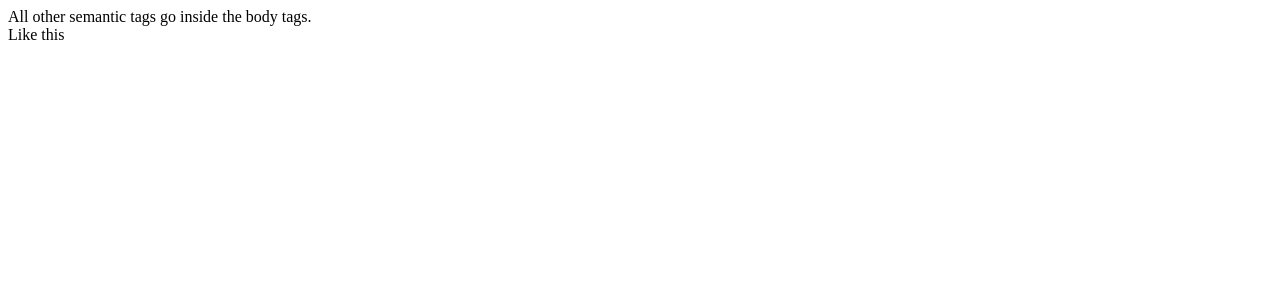
Repository: SepulVidaMX/first-website
Page: index.html
The author's editor kept a copy of each file at every save. The page is drawn from the files as they stood at one save, then again after the next save.
The browser window is 1280 px wide. The pictures show the whole page.

Above is the page before, as saved 2019-02-11 18:50:09.

After the next save:
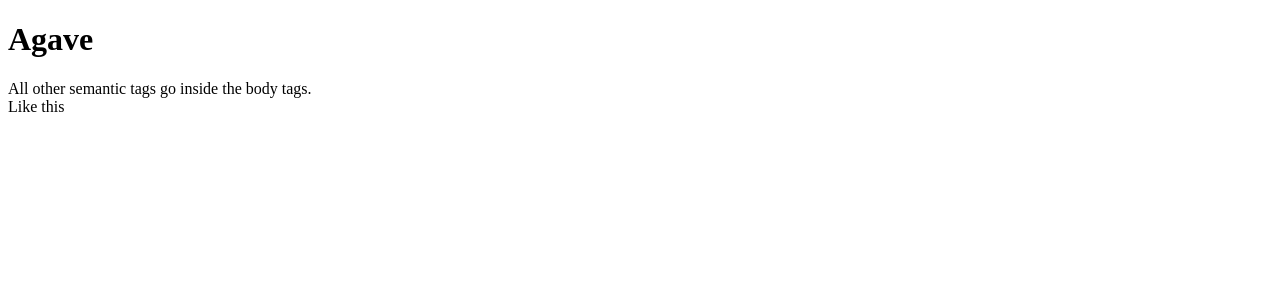
Saved 2 min 28 s later.
--- a/index.html
+++ b/index.html
@@ -4,7 +4,9 @@
     <title>Agave</title>
   </head>
   <body>
-  <header> All other semantic tags go inside the body tags. </header>
+  <header>
+      <h1>Agave</h1>
+      All other semantic tags go inside the body tags. </header>
   <article>Like this</article>
   </body>
 </html>
